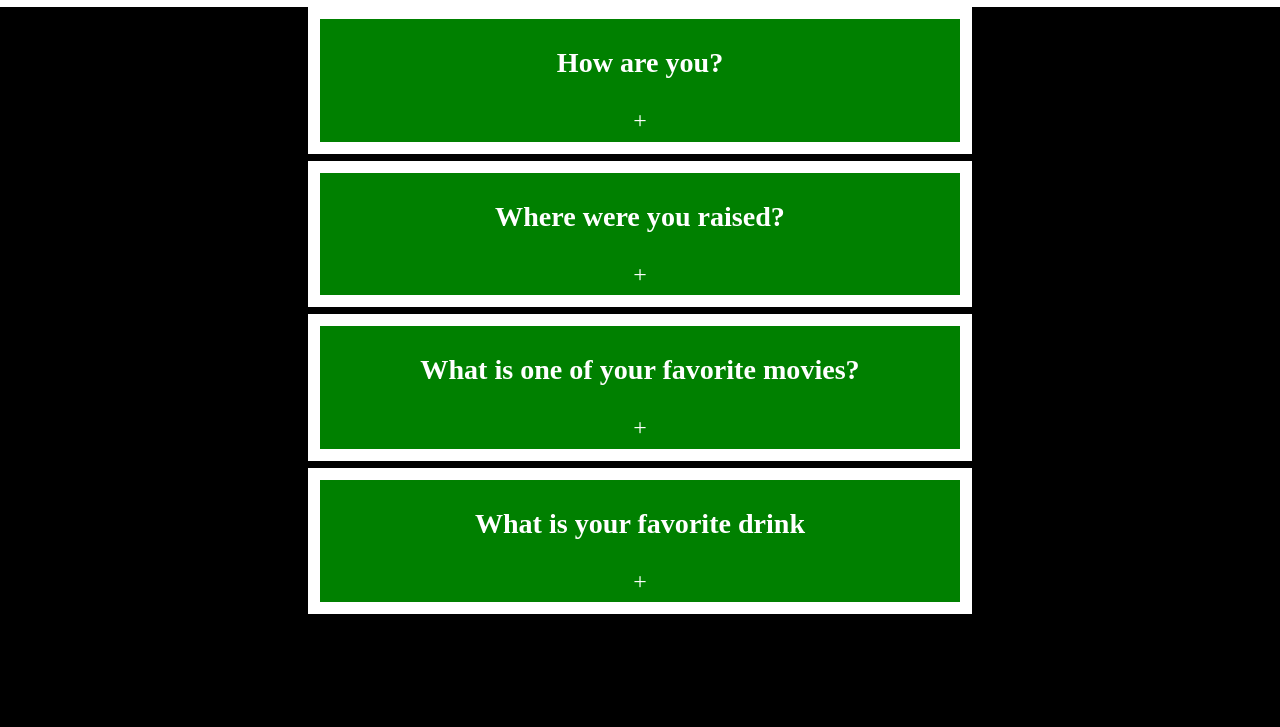
Repository: kosenijr/react-projects
Page: / (app in accordion/)
The author's editor kept a copy of each file at every save. The page is drawn from the files as they stood at one save, then again after the next save.
The browser window is 1280 px wide. The pictures show the whole page.
The project was rebuilt for these pictures with package versions that can differ from the ones it lists, and the page was loaded fresh each time.

Above is the page before, as saved 2024-03-02 22:45:26.

### accordion/src/App.js
import React from "react";
import "./App.css";
import Accordion from "./components/Accordion";

function App() {
  return (
    <div className="App">
      <Accordion />
    </div>
  );
}

export default App;

### accordion/src/components/Accordion.js
import React, { useState } from "react";
import "../styles/Accordion.css";
import data from "../data";

function Accordion() {
  // setting up useState
  const [selected, setSelected] = useState(null);
  // setting up handling
  const handleSingleSelection = (getCurrentId) => {
    console.log(selected, getCurrentId);
    // setSelected(getCurrentId === selected ? null : getCurrentId); // keep add condition for closure
    setSelected(selected !== getCurrentId ? getCurrentId : null)
  };

  return (
    <div className="wrapper">
      {/* single selection accordion */}
      <div className="accordion">
        {data && data.length > 0 ? (
          data.map((dataItem) => (
            <div className="item" key={dataItem.id}>
              {" "}
              {/* always remember to add key */}
              <div
                className="title"
                onClick={() => handleSingleSelection(dataItem.id)}
              >
                <h3>{dataItem.question}</h3>
                <span>+</span>
              </div>
              {selected === dataItem.id ? (
                <div className="content ">{dataItem.answer}</div>
              ) : null}
            </div>
          ))
        ) : (
          <div>No data found!</div>
        )}
      </div>
    </div>
  );
}

export default Accordion;

### accordion/src/styles/Accordion.css
.wrapper {
  height: 100vh;
  width: 100vw;
  background-color: black
}
.accordion {
  color: white;
}

.item {
  background-color: green;
  font-size: 1.5em;
  font-family: "Raleway", "Times New Roman";
  margin: 1vh auto;
  padding-bottom: 1vh;
  width: 50vw;
  border: 0.5em solid white
}

.content {
  font-size: 1.2em;
  font-family:  "Raleway", "Times New Roman";
  font-weight: 700;
}

### accordion/src/data.js
const data = [
  {
    id: 1,
    question: "How are you?",
    answer: "I am well!",
  },

  {
    id: 2,
    question: "Where were you raised?",
    answer: "I was raised in Queens.",
  },

  {
    id: 3,
    question: "What is one of your favorite movies?",
    answer: "Harlem Nights",
  },

  {
    id: 4,
    question: "What is your favorite drink",
    answer: "Water",
  },
];

export default data;

Loaded but not shown: accordion/public/index.html (common file); accordion/src/index.js (common file); accordion/src/index.css (common file); accordion/src/reportWebVitals.js (common file); accordion/src/App.css (common file)

After the next save:
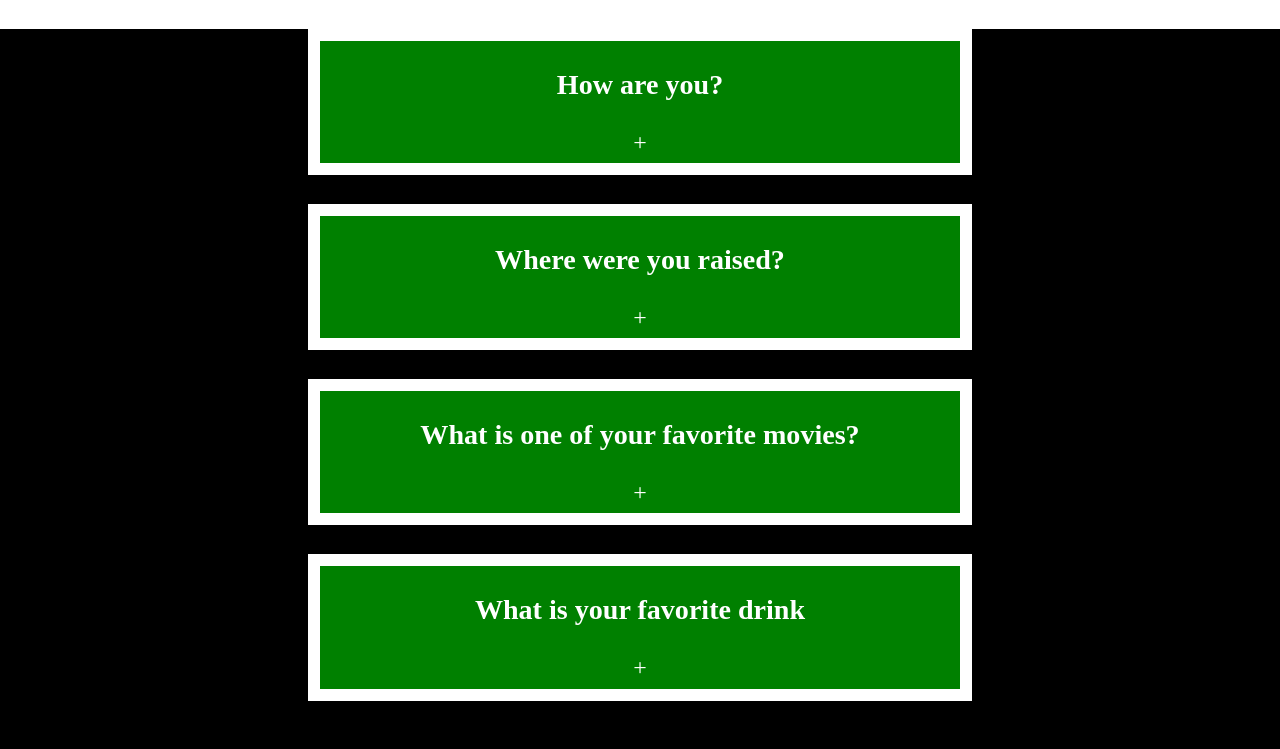
Saved 11 s later.
--- a/accordion/src/styles/Accordion.css
+++ b/accordion/src/styles/Accordion.css
@@ -11,7 +11,7 @@
   background-color: green;
   font-size: 1.5em;
   font-family: "Raleway", "Times New Roman";
-  margin: 1vh auto;
+  margin: 4vh auto;
   padding-bottom: 1vh;
   width: 50vw;
   border: 0.5em solid white

After the save that followed:
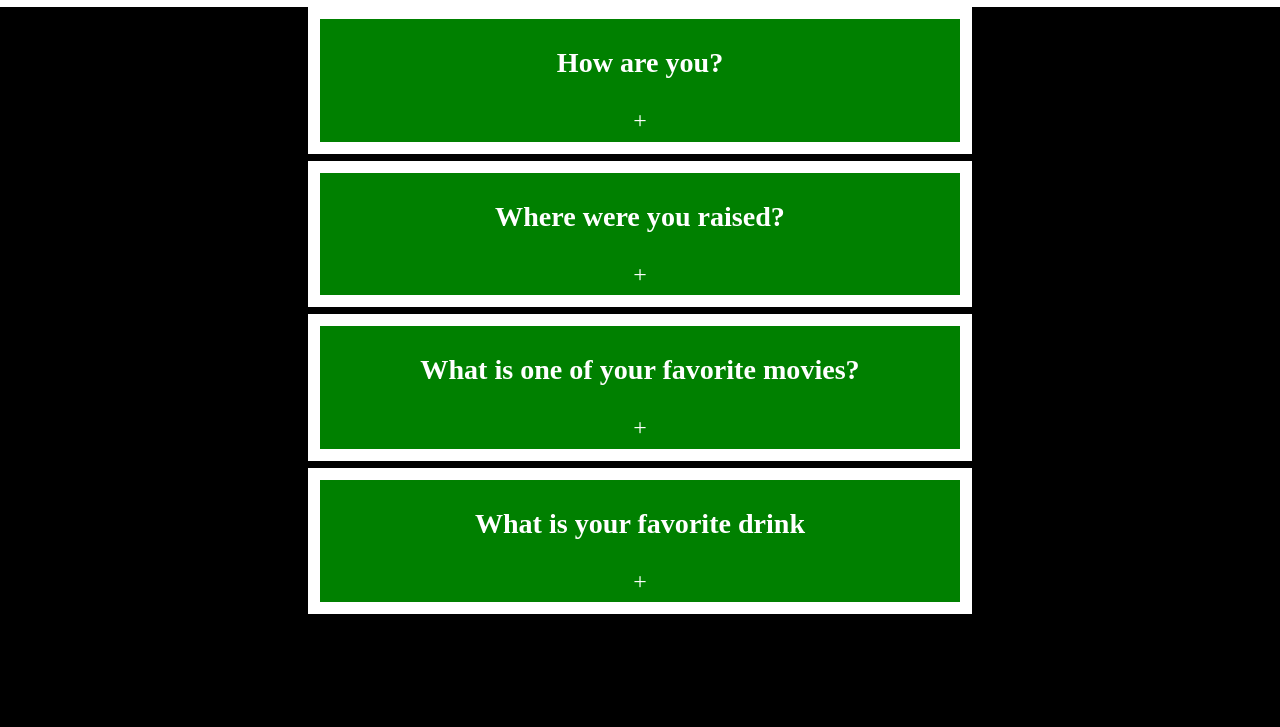
Saved 5 s later.
--- a/accordion/src/styles/Accordion.css
+++ b/accordion/src/styles/Accordion.css
@@ -11,7 +11,7 @@
   background-color: green;
   font-size: 1.5em;
   font-family: "Raleway", "Times New Roman";
-  margin: 4vh auto;
+  margin: 1vh auto;
   padding-bottom: 1vh;
   width: 50vw;
   border: 0.5em solid white
